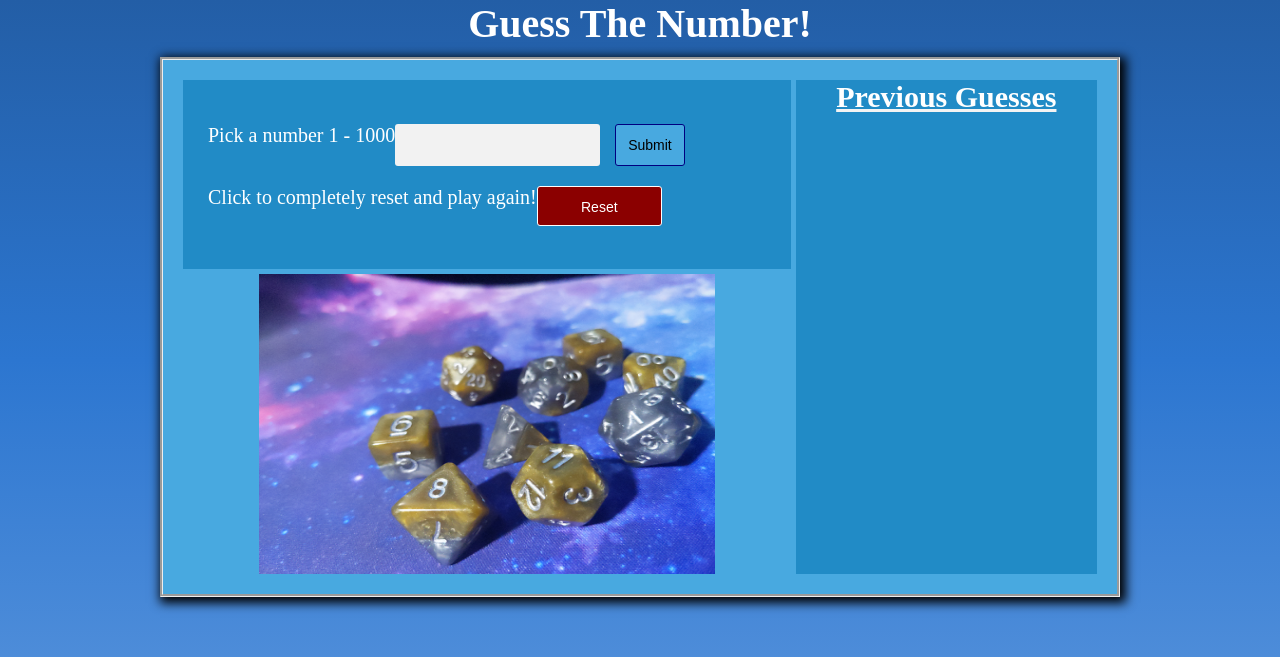
Repository: mlmEFSC21/P15-Modified-Guessing-Game
Page: guess.html
An editor plug-in stored every save of this project. The page is shown before and after the next save, followed by the edit.
The browser window is 1280 px wide. The pictures show the whole page.

Above is the page before, as saved 2022-03-23 18:31:42.

### guess.html
<!DOCTYPE html>
<html lang="en">
    <head>
        <meta charset="UTF-8" />
        <meta http-equiv="X-UA-Compatible" content="IE=edge" />
        <meta name="viewport" content="width=device-width, initial-scale=1.0" />
        <link rel="stylesheet" href="guess.css" />
        <script src="guess.js" defer></script>
        <title>Guessing Game</title>
    </head>
    <body>
        <header>
            <h1 class="pageTitle">Guess The Number!</h1>
        </header>
        <section>
            <div class="gameContainer" id="container">
                <div class="results" id="results">
                    <form action="" class="inputForm">
                        <label for="guessInput">Pick a number 1 - 1000</label>
                        <input
                            type="text"
                            required
                            name="guessInput"
                            class="guessInput"
                            id="guessInput"
                        />
                        <input type="button" class="submitBtn" id="submitBtn" value="Submit" />
                        <label for="resetBtn">Click to completely reset and play again!</label>
                        <button type="reset" class="resetBtn" id="resetBtn" name="Reset">
                            Reset
                        </button>
                    </form>
                </div>
                <img
                    src="images\goldSilverDice.png"
                    alt="Gold and silver colored dice. From 4 sides up to 20 sides"
                />
                <div class="guessesContainer" id="guessesContainer">
                    <h2>Previous Guesses</h2>
                    <ul class="guesses" id="guessList"></ul>
                </div>
            </div>
        </section>
    </body>
</html>

### guess.css
:root {
    --clr-primary: #218bc6;
    --clr-secondary: #48a9e0;
    --clr-tertiary: #235ea6;
}

*,
*::after,
*::before {
    box-sizing: border-box;
    margin: 0;
    padding: 0;
}
body {
    background-image: linear-gradient(var(--clr-tertiary), #2c76d0, #5491db);
    height: 100vh;
    background-position: center;
    background-repeat: no-repeat;
    background-size: cover;
    color: white;
    font-size: 20px;
}
.pageTitle {
    text-align: center;
}
.gameContainer {
    background-color: var(--clr-secondary);
    display: grid;
    max-width: 960px;
    height: 75vh;
    margin: 10px auto;
    padding: 20px;
    grid-template-columns: repeat(3, 1fr);
    grid-template-rows: repeat(4, 1fr);
    gap: 5px;
    align-items: center;
    justify-content: center;
    border: groove;
    box-shadow: 3px 3px 10px 3px black;
}
.results {
    background-color: var(--clr-primary);
    display: flex;
    flex-direction: column-reverse;
    margin: 10px auto;
    padding: 0 25px;
    grid-column: 1 / 3;
    grid-row: 1 / 3;
    height: 100%;
    justify-content: center;
    align-items: center;
    text-align: center;
    overflow: hidden;
}
input,
button {
    margin: 10px 0;
}
.inputForm {
    display: flex;
    flex-wrap: wrap;
}
label {
    margin-right: 15px;
    margin: 10px 0;
}
input {
    border: none;
    -webkit-appearance: none;
    -ms-appearance: none;
    -moz-appearance: none;
    appearance: none;
    background: #f2f2f2;
    padding: 12px;
    border-radius: 3px;
    outline: none;
    font-size: 14px;
}
img {
    width: 75%;
    height: 300px;
    grid-column: 1 / 3;
    grid-row: 3 / 5;
    align-self: center;
    justify-self: center;
}
button {
    border: solid 1px white;
    margin-bottom: 10px;
    padding: 12px;
    border-radius: 3px;
    width: 125px;
    height: 40px;
    outline: none;
    font-size: 14px;
}
h2 {
    text-decoration: underline;
    text-decoration-color: #f3f3f3;
}
.submitBtn {
    background: var(--clr-secondary);
    border: solid 0.5px navy;
    margin-left: 15px;
}
.submitBtn:hover {
    background: #44b3db;
}
.resetBtn {
    background: darkred;
    color: white;
}
.resetBtn:hover {
    background: red;
}
.guessesContainer {
    background-color: var(--clr-primary);
    display: flex;
    flex-direction: column;
    flex-grow: 2;
    height: 100%;
    grid-row: 1 / 5;
    align-items: center;
    overflow: hidden;
}
/* the h3 that is appended by the js. It was hugging the container too much. */
h3 {
    margin: 10px;
    text-align: center;
}
.hint {
    font-style: italic;
    text-decoration: underline;
}

### guess.js
let randomNumber = Math.floor(Math.random() * 1000 + 1);
let guesses = [];

const guessInput = document.getElementById("guessInput");
const resultsDiv = document.getElementById("results");
const submitButton = document.getElementById("submitBtn");
const resetButton = document.getElementById("resetBtn");
const p = document.createElement("p");
const ul = document.getElementById("guessList");
const li = document.createElement("li");
const guessesContainer = document.getElementById("guessesContainer");
const winningMessage = document.createElement("h3");
const hint = document.createElement("h3");

//checks to see if the guess is higher, lower, or equal to
function checkGuess() {
    const currentGuess = Number(guessInput.value);
    if (currentGuess == randomNumber) {
        guesses.push(currentGuess);
        p.innerText = "Congratulations! You guessed the number!";
        resultsDiv.append(p);
        countGuesses();
    }
    if (currentGuess < randomNumber) {
        guesses.push(currentGuess);
        p.innerText = "Too low. Try again!";
        resultsDiv.append(p);
        trackGuesses();
    }
    if (currentGuess > randomNumber) {
        guesses.push(currentGuess);
        p.innerText = "Too high. Try again!";
        resultsDiv.append(p);
        trackGuesses();
    }
}
//tracks previous guess in a <ul>. Removes <li> and populates from guesses[] each time.
function trackGuesses() {
    while (ul.hasChildNodes()) {
        ul.removeChild(ul.firstChild);
    }
    for (i = 0; i <= guesses.length - 1; i++) {
        let li = document.createElement("li");
        li.innerText = guesses[i];
        ul.appendChild(li);
    }
}

//counts how many guesses. Uses array length.
function countGuesses() {
    let numOfGuesses = guesses.length;
    if (numOfGuesses < 10) {
        winningMessage.innerText = `${numOfGuesses} guesses?! Either you know the secret or you got lucky!`;
        guessesContainer.append(winningMessage);
    } else if (numOfGuesses == 10) {
        winningMessage.innerText = `${numOfGuesses} guesses. Ahah! You know the secret!`;
        guessesContainer.append(winningMessage);
    } else if (numOfGuesses > 10) {
        winningMessage.innerText = `Yikes! ${numOfGuesses} guesses... You should be able to do better!`;
        hint.innerHTML = '*Hint* Knowing the trick is <span class="hint">half</span> the battle.';
        guessesContainer.append(winningMessage);
        guessesContainer.append(hint);
    }
}
// creates a new random number for replay
function newRNG() {
    randomNumber = Math.floor(Math.random() * 10 + 1);
}
//resets the game completely.
function resetGame() {
    p.innerText = "";
    resultsDiv.append(p);
    while (ul.hasChildNodes()) {
        ul.removeChild(ul.firstChild);
    }
    winningMessage.remove();
    guesses = [];
    newRNG();
    //logging random number for debugging.
    console.log(randomNumber);
}

submitButton.addEventListener("click", checkGuess);
resetButton.addEventListener("click", resetGame);
//logging random number for debugging.
console.log(randomNumber);

After the next save:
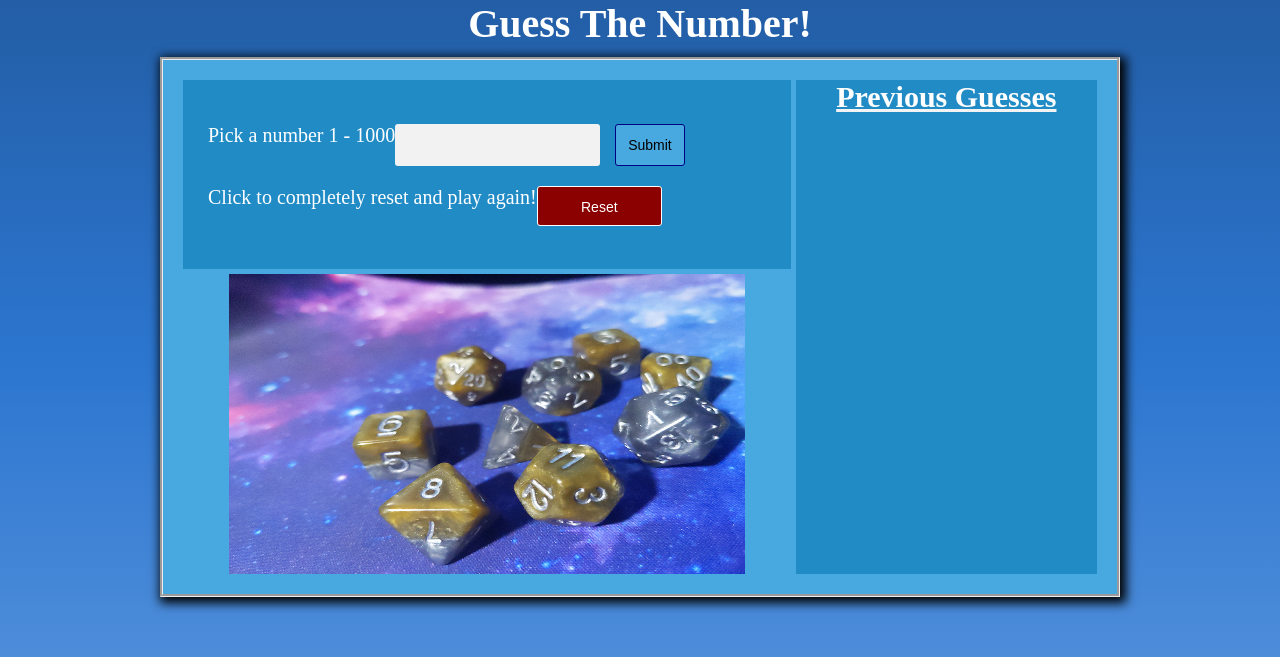
Saved 8 s later.
--- a/guess.css
+++ b/guess.css
@@ -77,7 +77,7 @@ input {
     font-size: 14px;
 }
 img {
-    width: 75%;
+    width: 85%;
     height: 300px;
     grid-column: 1 / 3;
     grid-row: 3 / 5;
